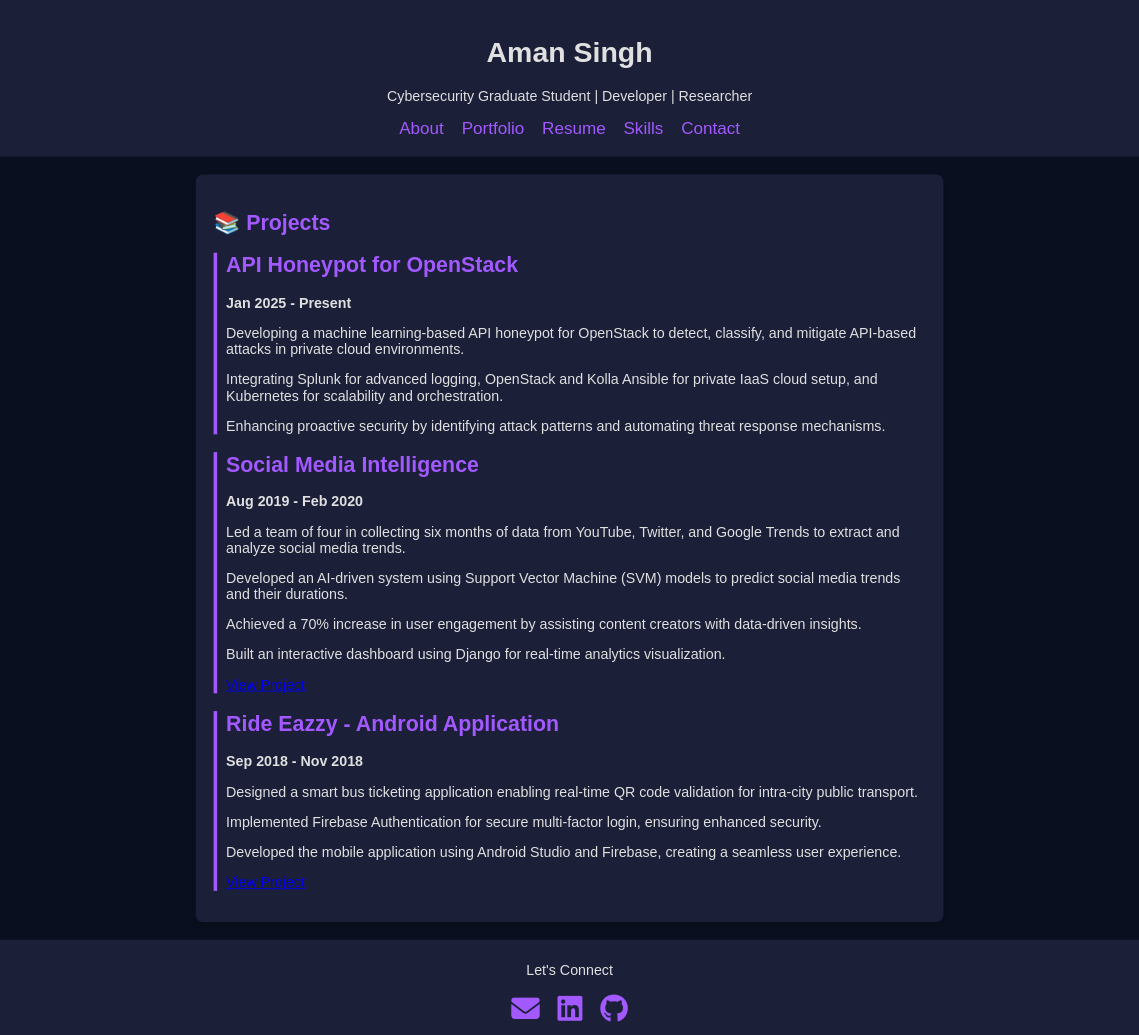
Repository: aman3singh/portfolio
Page: portfolio.html
These files come from the project's save history. The page is drawn as it stood at one moment and after the next save; the edit follows.
The browser window is 1280 px wide. The pictures show the whole page, at 89% of full size.
Some web libraries are served in a nearby version.

Above is the page before, as saved 2025-02-12 01:05:23.

After the next save:
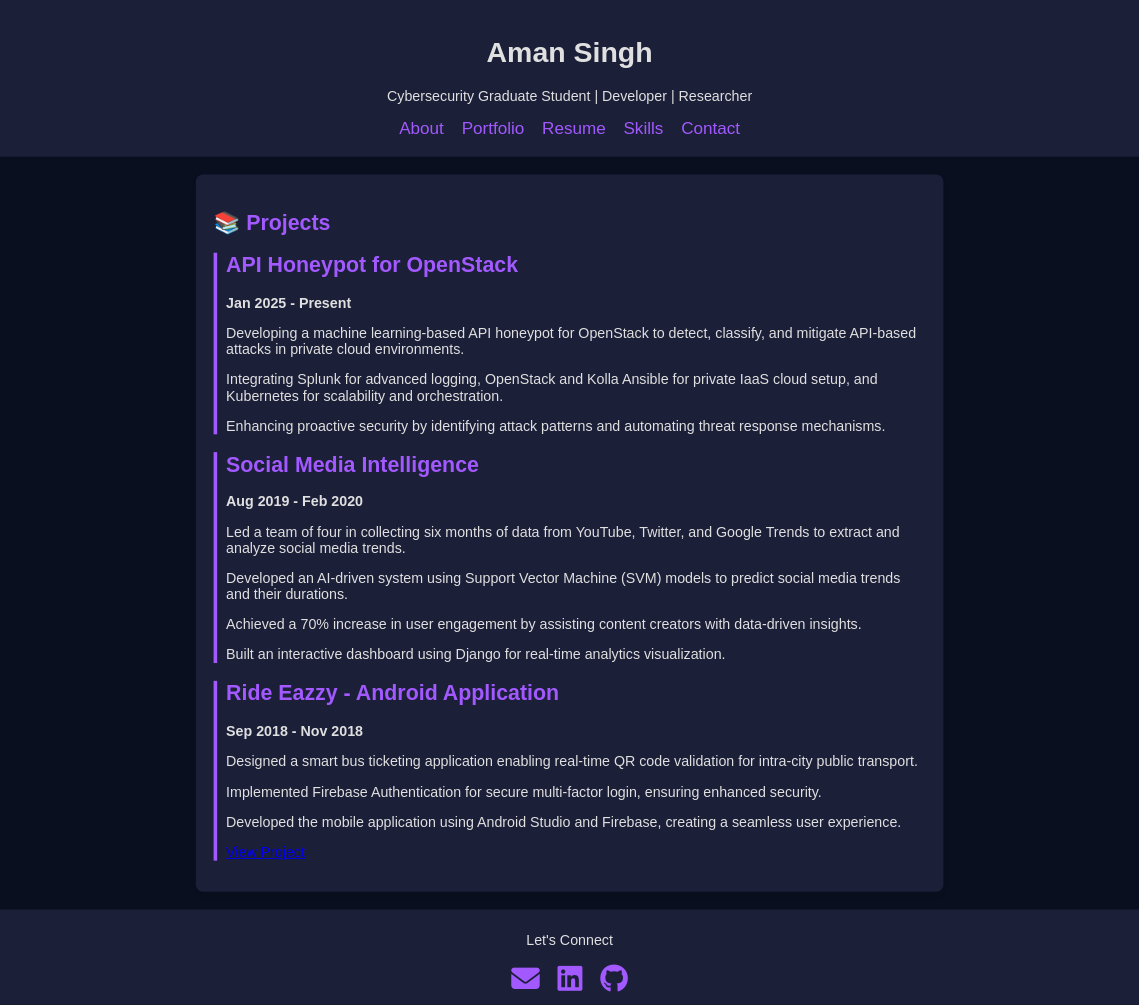
Saved 7 s later.
--- a/portfolio.html
+++ b/portfolio.html
@@ -37,7 +37,6 @@
             <p>Developed an AI-driven system using Support Vector Machine (SVM) models to predict social media trends and their durations.</p>
             <p>Achieved a 70% increase in user engagement by assisting content creators with data-driven insights.</p>
             <p>Built an interactive dashboard using Django for real-time analytics visualization.</p>
-            <a href="https://github.com/your-username/social-media-intelligence" target="_blank">View Project</a>
         </div>
 
         <div class="project">
